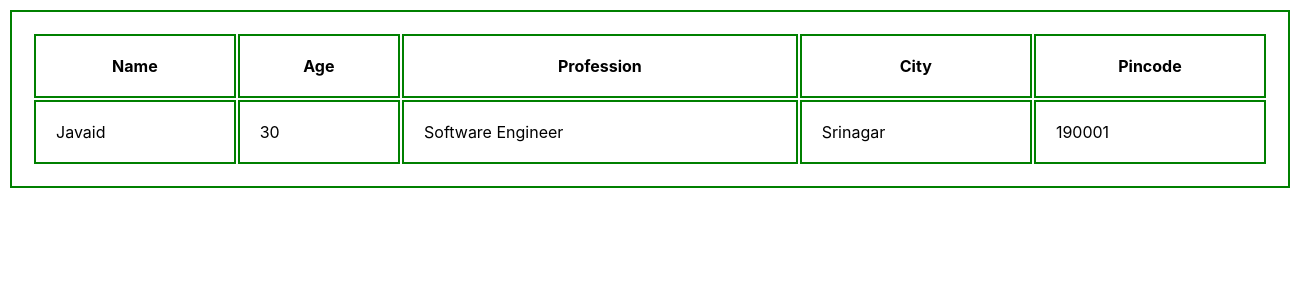
Repository: JavaidAhmadKhan/framer-motion-reacr
Page: /
An editor plug-in stored every save of this project. The page is shown before and after a run of saves, followed by the edit.
The browser window is 1280 px wide. The page is 1290 px wide, then 1280 px, so the pictures cover 1290 px, including what lies to the right of the window. The pictures show the whole page.
The project was rebuilt for these pictures with package versions that can differ from the ones it lists, and the page was loaded fresh each time.

Above is the page before, as saved 2022-05-19 17:47:44.

### src/App.js
import { Component } from "react";

import "./App.css";
class App extends Component {
  constructor() {
    console.log("constructor");
    super();
    console.log("super");
    this.state = {
      name: "Javaid",
      age: 30,
      profession: "Software Engineer",
      address: {
        city: "Srinagar",
        pincode: "190001",
      },
    };
  }

  render() {
    console.log("render");
    return (
      <div className="App">
        <table style={{ width: "100%" }}>
          <tr>
            <th>Name</th>
            <th>Age</th>
            <th>Profession</th>
            <th>City</th>
            <th>Pincode</th>
          </tr>
          <tr>
            <td>{this.state.name}</td>
            <td>{this.state.age}</td>
            <td>{this.state.profession}</td>
            <td>{this.state.address.city}</td>
            <td>{this.state.address.pincode}</td>
          </tr>
        </table>
      </div>
    );
  }
}

export default App;

### src/App.css
table,
th,
td {
  border: 2px solid green;
  padding: 20px;
  margin: 10px;
}

Loaded but not shown: public/index.html (common file); src/index.js (common file); src/index.css (common file); src/reportWebVitals.js (common file)

After the next 2 saves:
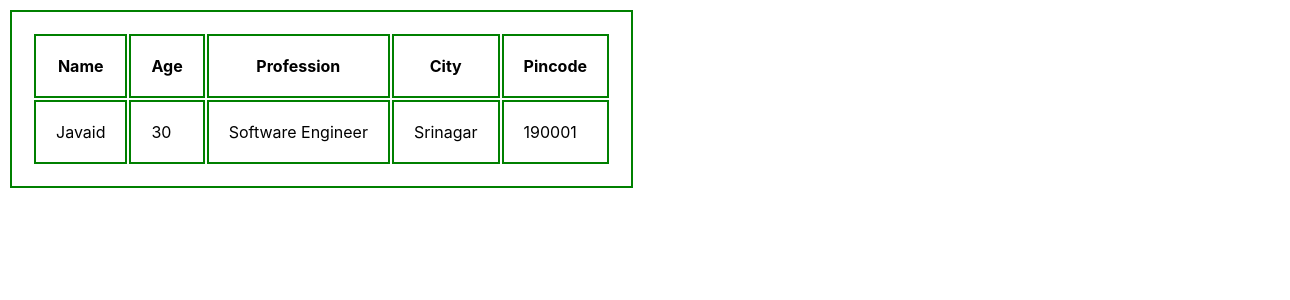
The 2 saves are shown as one change because they came seconds apart.
The last was saved 23 s later.
--- a/src/App.js
+++ b/src/App.js
@@ -21,7 +21,7 @@ class App extends Component {
     console.log("render");
     return (
       <div className="App">
-        <table style={{ width: "100%" }}>
+        <table>
           <tr>
             <th>Name</th>
             <th>Age</th>
